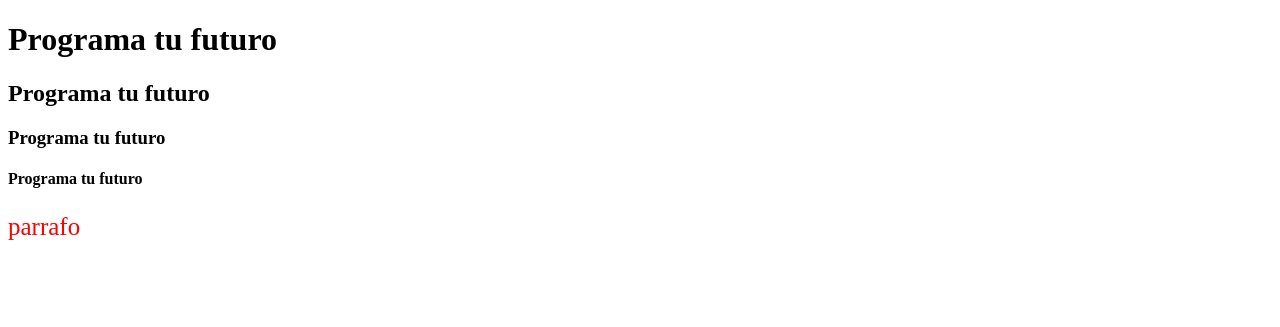
Repository: keanzato/Workspace
Page: login-web-app/src/main/webapp/index.html
These files come from the project's save history. The page is drawn as it stood at one moment and after the next save; the edit follows.
The browser window is 1280 px wide. The pictures show the whole page.

Above is the page before, as saved 2016-06-20 16:33:36.

### login-web-app/src/main/webapp/index.html
<!DOCTYPE html>
<html>
	<head>
		<meta charset="ISO-8859-1">
		<title>Pagina inicial</title>
		<style type = "text/css">
			p{
				color: red;
				font-size: 25px;
			}
		</style>

	<body>

		<h1>Programa tu futuro</h1>
		<h2>Programa tu futuro</h2>
		<h3>Programa tu futuro</h3>
		<h4>Programa tu futuro</h4>

		<p>parrafo</p>
	</body>
</html>

After the next save:
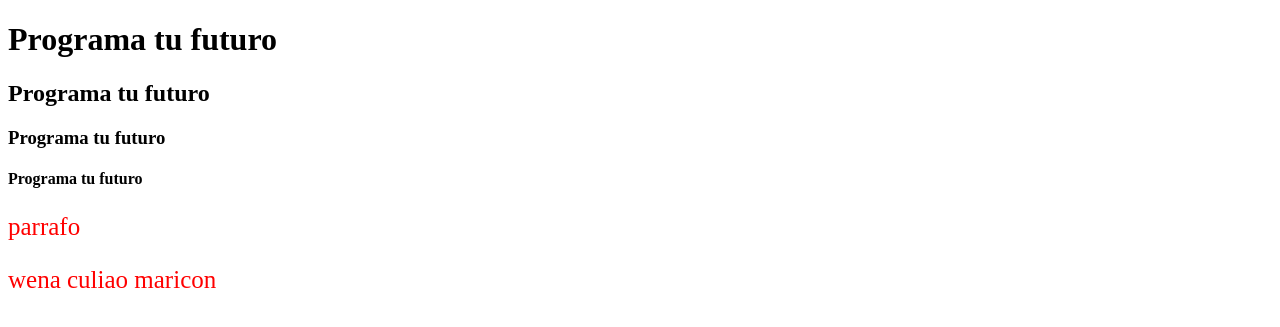
Saved 2 min 17 s later.
--- a/login-web-app/src/main/webapp/index.html
+++ b/login-web-app/src/main/webapp/index.html
@@ -18,5 +18,6 @@
 		<h4>Programa tu futuro</h4>
 
 		<p>parrafo</p>
+		<p>wena culiao maricon</p>
 	</body>
 </html>
